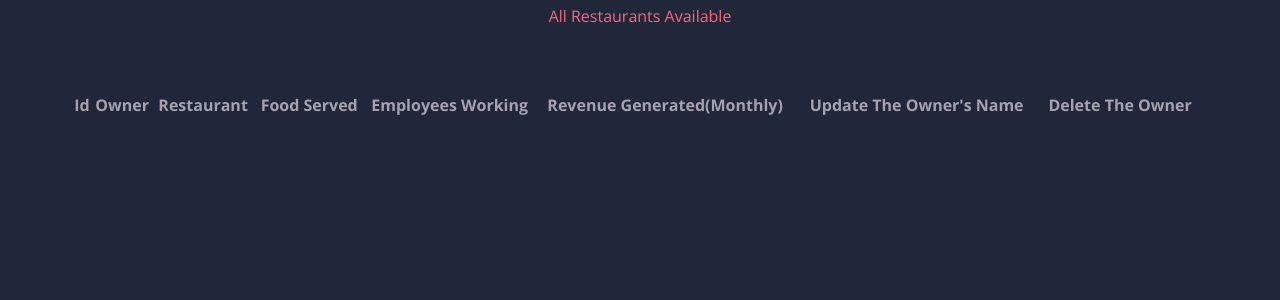
Repository: Kartik-DEV31/CTS-Training-NOVDEC-2020-Project
Page: http://localhost/RestaurantChainManagmentApplication/WEB-INF/jspPages/allRestaurantsData.jsp
An editor plug-in stored every save of this project. The page is shown before and after the next save, followed by the edit.
The browser window is 1280 px wide. The pictures show the whole page.
The page is served by Tomcat 9. Nobody is signed in. The template is opened directly, without the code that normally fills it, so the values that code supplies are empty.

Above is the page before, as saved 2020-12-17 08:03:35.

After the next save:
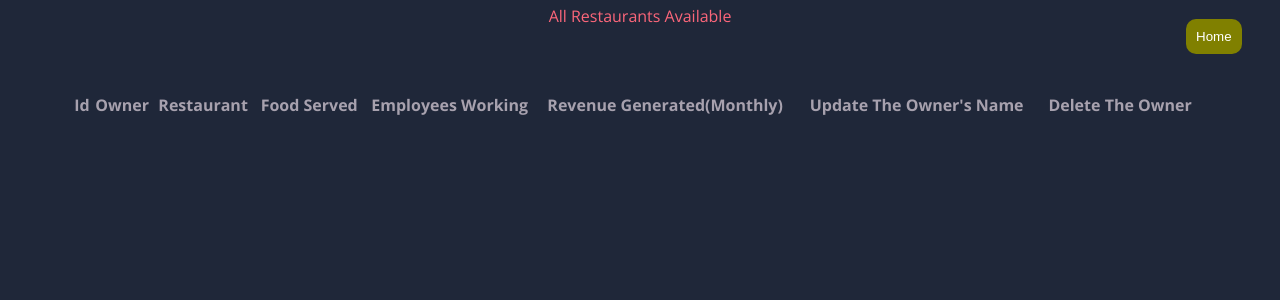
Console error (its wording comes from the project's code and is left out).
Saved 6 min 39 s later.
--- a/CTS-NOV2020-TrainingProject/RestaurantChainManagmentApplication/src/main/webapp/WEB-INF/jspPages/allRestaurantsData.jsp
+++ b/CTS-NOV2020-TrainingProject/RestaurantChainManagmentApplication/src/main/webapp/WEB-INF/jspPages/allRestaurantsData.jsp
@@ -7,7 +7,9 @@
 <html>
 <body>
 	<h2>All Restaurants Available</h2>
-
+<form  id="homepage" action="/managmentApplication/">
+  <button class="homeButton" type="submit" onclick="/">Home</button>
+</form>
 	<table class="container">
 		<thead>
 			<tr>

After the 2 saves that followed:
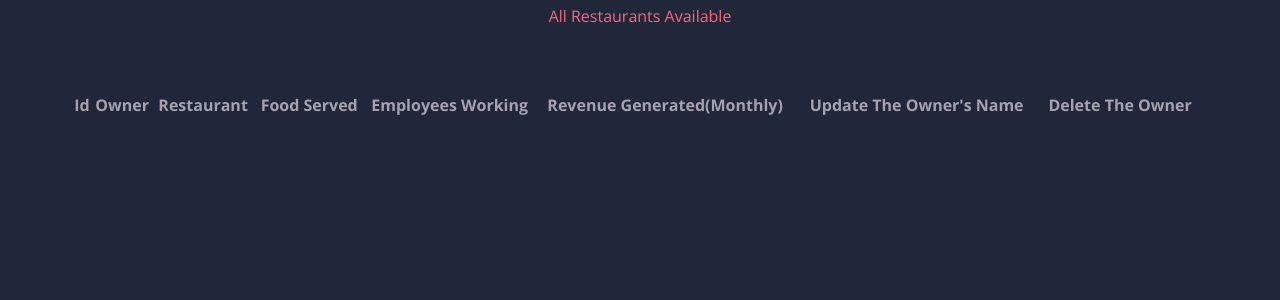
The error is gone.
The 2 saves are shown as one change because 1 left the picture as it was.
The last was saved 49 s later.
--- a/CTS-NOV2020-TrainingProject/RestaurantChainManagmentApplication/src/main/webapp/WEB-INF/jspPages/allRestaurantsData.jsp
+++ b/CTS-NOV2020-TrainingProject/RestaurantChainManagmentApplication/src/main/webapp/WEB-INF/jspPages/allRestaurantsData.jsp
@@ -6,10 +6,11 @@
 
 <html>
 <body>
+<form  id="homepage" action="/managmentApplication/">
+  <button class="homeButton" type="submit" >Home</button>
+</form>
 	<h2>All Restaurants Available</h2>
-<form  id="homepage" action="/managmentApplication/">
-  <button class="homeButton" type="submit" onclick="/">Home</button>
-</form>
+
 	<table class="container">
 		<thead>
 			<tr>
